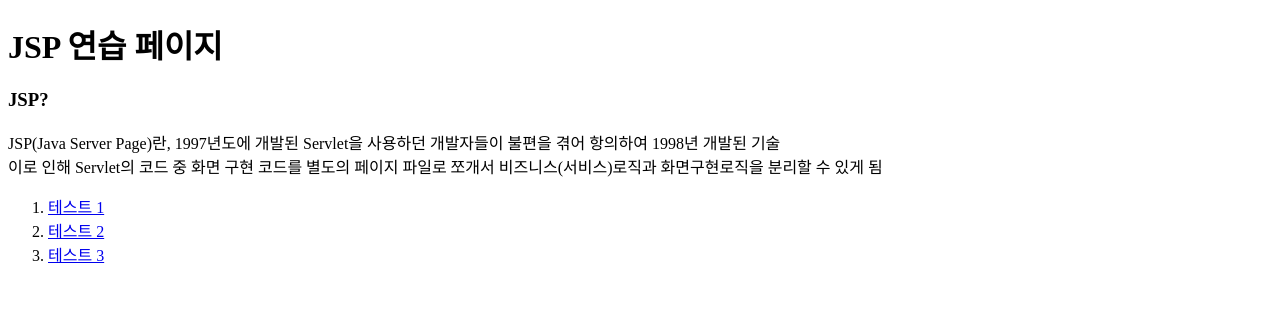
Repository: steeveelee2/WEB_Study
Page: http://localhost/jspProject/
The author's editor kept a copy of each file at every save. The page is drawn from the files as they stood at one save, then again after the next save.
The browser window is 1280 px wide. The pictures show the whole page.
The page is served by Tomcat 9. Other server files are loaded and not shown.

Above is the page before, as saved 2018-10-15 03:18:11.

### webWorkspace/jspProject/web/index.jsp
<%@ page language="java" contentType="text/html; charset=UTF-8"
    pageEncoding="UTF-8"%>
<!DOCTYPE html>
<html>
<head>
<meta charset="UTF-8">
<title>Hello World</title>
</head>
<body>
	<h1>JSP 연습 페이지</h1>
	<h3>JSP?</h3>
	<p>JSP(Java Server Page)란, 1997년도에 개발된 Servlet을 사용하던 개발자들이 불편을 겪어 항의하여 1998년 개발된 기술<br>
	이로 인해 Servlet의 코드 중 화면 구현 코드를 별도의 페이지 파일로 쪼개서 비즈니스(서비스)로직과 화면구현로직을 분리할 수 있게 됨</p>

	<ol>
		<li>
			<a href="views/01_sum.jsp">테스트 1</a>
		</li>
		<li>
			<a href="views/02_date.jsp">테스트 2</a>
		</li>
		<li>
			<a href="views/03_lunchMenu.jsp">테스트 3</a>
		</li>
	</ol>
</body>
</html>

After the next save:
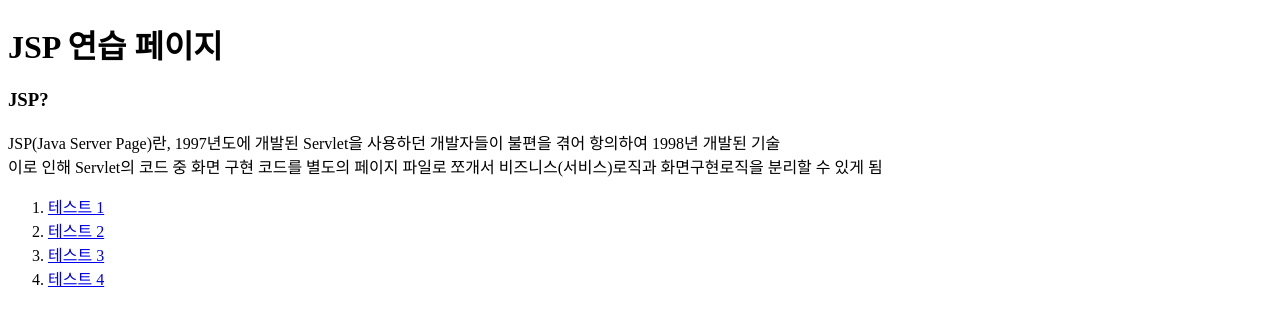
Saved 3 min 19 s later.
--- a/webWorkspace/jspProject/web/index.jsp
+++ b/webWorkspace/jspProject/web/index.jsp
@@ -22,6 +22,9 @@
 		<li>
 			<a href="views/03_lunchMenu.jsp">테스트 3</a>
 		</li>
+		<li>
+			<a href="views/04_lunchMenuSelect.jsp">테스트 4</a>
+		</li>
 	</ol>
 </body>
 </html>
